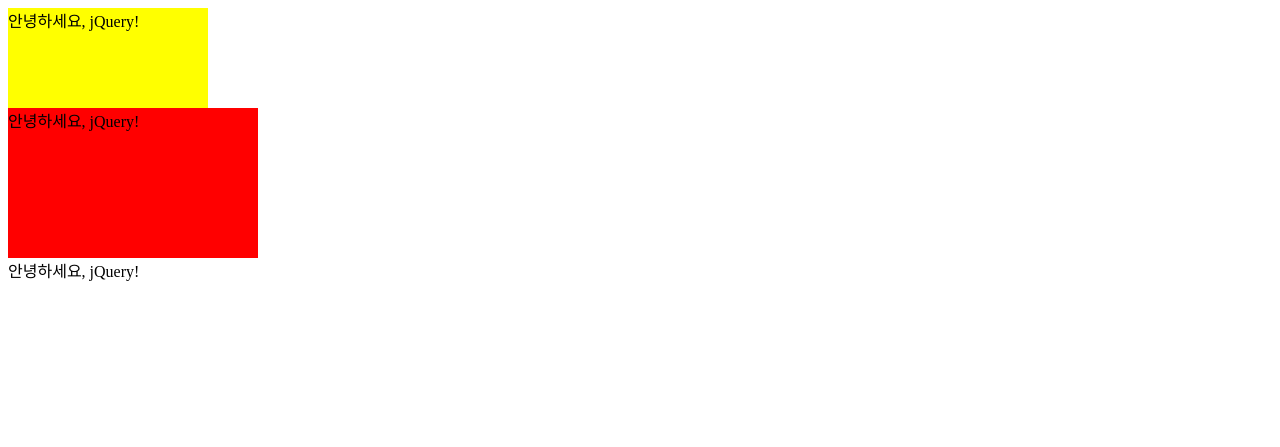
Repository: l3asic/TeamC
Page: 09.jQuery/WebContent/jq02.html
These files come from the project's save history. The page is drawn as it stood at one moment and after the next save; the edit follows.
The browser window is 1280 px wide. The pictures show the whole page.
After loading, the first visible `#display` was clicked once.

Above is the page before, as saved 2021-12-08 06:22:36.

After the next save:
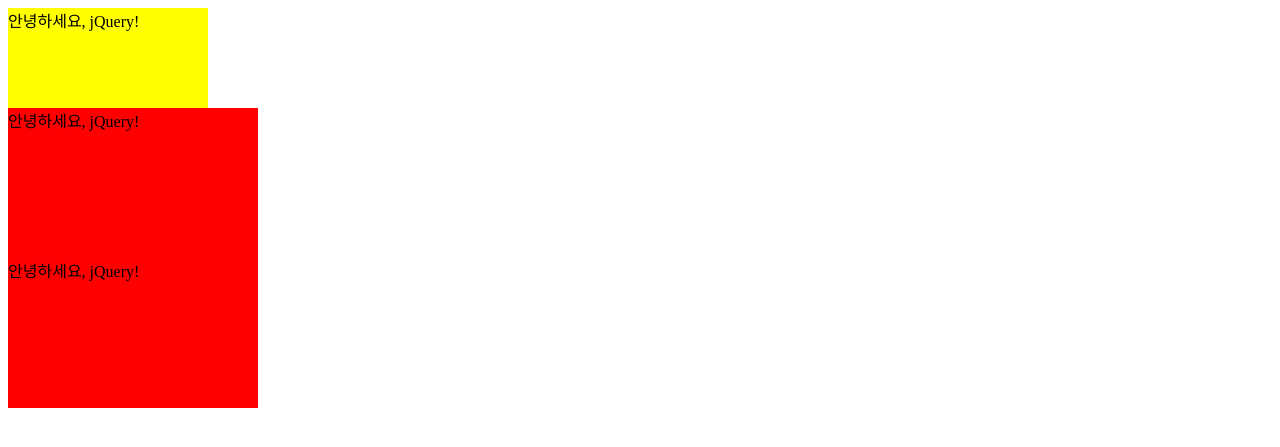
Saved 4 min 21 s later.
--- a/09.jQuery/WebContent/jq02.html
+++ b/09.jQuery/WebContent/jq02.html
@@ -17,6 +17,7 @@ $(function(){
 	$("#display").css("background", "silver").css("width", "300px").css("height", "200px");
 	$("#display").click(function(){
 		$("#display").removeAttr("style");
+		$(this).addClass("bg");
 	});	//click()
 });	//ready()
 </script>
